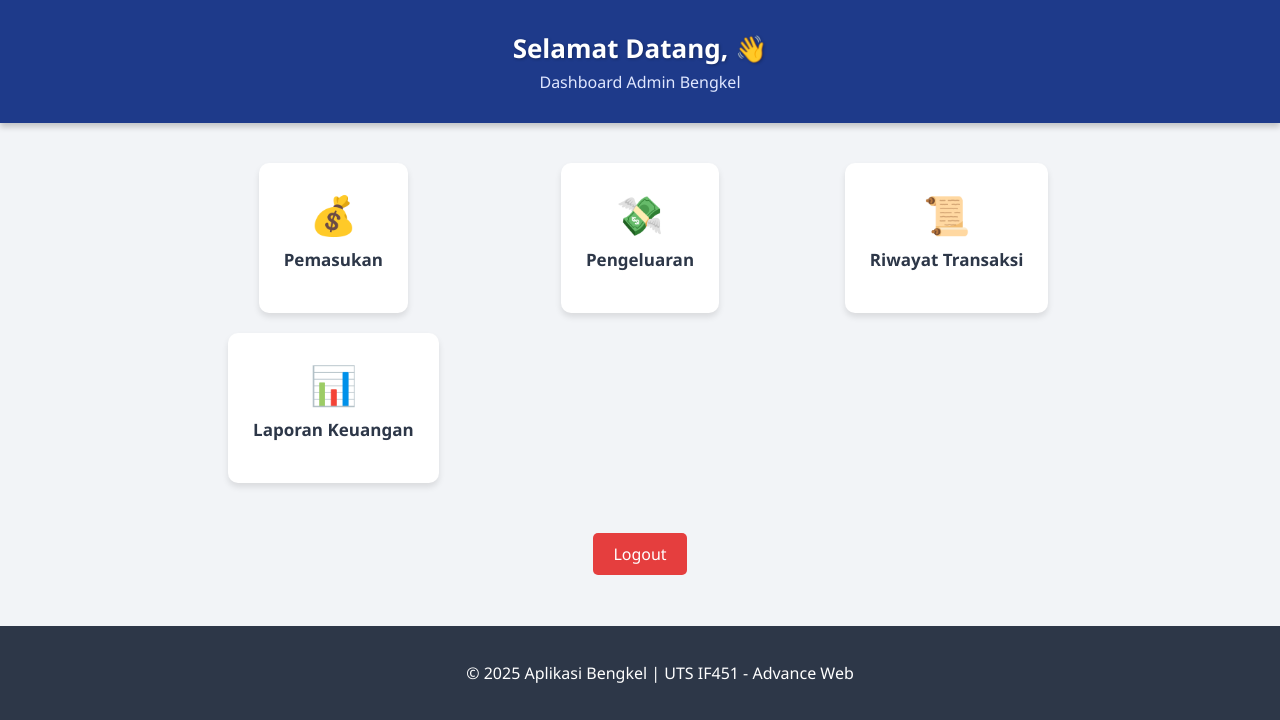
Repository: eligrahphilip/bengkel_managemen
Page: views/admin-menu.ejs
The author's editor kept a copy of each file at every save. The page is drawn from the files as they stood at one save, then again after the next save.
The browser window is 1280 px wide. The pictures show the whole page.
The page is served by the project's Node server (server.js). The template is opened directly, without the code that normally fills it, so the values that code supplies are empty.

Above is the page before, as saved 2025-10-10 19:27:28.

### views/admin-menu.ejs
<!DOCTYPE html>
<html lang="id">
<head>
  <meta charset="UTF-8">
  <meta name="viewport" content="width=device-width, initial-scale=1.0">
  <title>Menu Utama Admin</title>
  <link rel="stylesheet" href="/css/style.css">
  <style>
    body {
    font-family: "Segoe UI", Tahoma, Geneva, Verdana, sans-serif;
    background-color: #f2f4f7;
    margin: 0;
    padding: 0;
  }

  header {
    background-color: #1E3A8A; /* 🔹 biru tua */
    color: #ffffff;            /* 🔹 teks putih */
    padding: 30px 20px;
    text-align: center;
    box-shadow: 0 4px 6px rgba(0, 0, 0, 0.2);
  }

  h2 {
    margin: 0;
    font-size: 26px;
    color: #ffffff; /* pastikan teks tetap putih */
    text-shadow: 1px 1px 3px rgba(0, 0, 0, 0.3); /* 🔹 biar nggak nyatu */
  }

  header p {
    margin: 5px 0 0;
    font-size: 16px;
    color: #E0E7FF; /* 🔹 biru muda lembut */
  }


    .menu-container {
  display: grid;
  grid-template-columns: repeat(auto-fit, minmax(220px, 1fr));
  gap: 20px;
  padding: 40px;
  max-width: 900px;
  margin: 0 auto;
}

.menu-card {
  background: white;
  border-radius: 10px;
  padding: 25px;
  text-align: center;
  box-shadow: 0 4px 6px rgba(0, 0, 0, 0.1);
  transition: all 0.3s ease;
  cursor: pointer;
  text-decoration: none;
  color: #2d3748;

  /* 🔹 tambahkan batas lebar agar tidak melebar penuh */
  max-width: 220px;
  justify-self: center; /* biar card di tengah tiap kolom */
}

.menu-card:hover {
  transform: translateY(-5px);
  box-shadow: 0 8px 12px rgba(0, 0, 0, 0.15);
  background-color: #f8fafc;
}

.menu-card span {
  font-size: 38px;
  display: block;
}

.menu-card p {
  margin-top: 8px;
  font-weight: bold;
  font-size: 17px;
}


    footer {
      text-align: center;
      padding: 20px;
      background-color: #2d3748;
      color: white;
      position: fixed;
      bottom: 0;
      width: 100%;
    }

    .logout {
      text-align: center;
      margin-top: 20px;
    }

    .logout a {
      color: white;
      background: #e53e3e;
      padding: 10px 20px;
      border-radius: 5px;
      text-decoration: none;
      transition: 0.3s;
    }

    .logout a:hover {
      background: #c53030;
    }
  </style>
</head>
<body>
  <header>
    <h2>Selamat Datang, <%= user.username %> 👋</h2>
    <p>Dashboard Admin Bengkel</p>
  </header>

  <div class="menu-container">

  <a href="/admin/income" class="menu-card">
    <span>💰</span>
    <p>Pemasukan</p>
  </a>

  <a href="/admin/expense" class="menu-card">
    <span>💸</span>
    <p>Pengeluaran</p>
  </a>

  <a href="/admin/history" class="menu-card">
    <span>📜</span>
    <p>Riwayat Transaksi</p>
  </a>

  <a href="/report" class="menu-card">
    <span>📊</span>
    <p>Laporan Keuangan</p>
  </a>

</div>


  <div class="logout">
    <a href="/logout">Logout</a>
  </div>

  <footer>
    <p>© 2025 Aplikasi Bengkel | UTS IF451 - Advance Web</p>
  </footer>
</body>
</html>

### server.js
const express = require("express");
const path = require("path");
const fs = require("fs");
const bodyParser = require("body-parser");
const session = require("express-session");

const app = express();
const PORT = 3000;

// Middleware
app.use(bodyParser.urlencoded({ extended: true }));
app.use(express.static("public"));
app.use(
  session({
    secret: "bengkel-secret",
    resave: false,
    saveUninitialized: true,
  })
);

// Set EJS
app.set("view engine", "ejs");
app.set("views", path.join(__dirname, "views"));

// File data
const usersPath = path.join(__dirname, "data", "users.json");
const transPath = path.join(__dirname, "data", "transactions.json");

// === ROUTES ===

// Login
app.get("/", (req, res) => {
  res.render("login", { error: null });
});

// Proses login
app.post("/login", (req, res) => {
  const { username, password } = req.body;
  const users = JSON.parse(fs.readFileSync(usersPath));
  const user = users.find(
    (u) => u.username === username && u.password === password
  );

  if (!user) return res.render("login", { error: "Username atau password salah!" });

  req.session.user = user;
  if (user.role === "admin") return res.redirect("/admin/menu");
  else return res.redirect("/user");
});

// Logout
app.get("/logout", (req, res) => {
  req.session.destroy();
  res.redirect("/");
});

// === ADMIN ===

// Menu utama admin
app.get("/admin/menu", (req, res) => {
  if (!req.session.user || req.session.user.role !== "admin")
    return res.redirect("/");
  res.render("admin-menu", { user: req.session.user });
});

// Pencatatan Pemasukan
app.get("/admin/income", (req, res) => {
  if (!req.session.user || req.session.user.role !== "admin")
    return res.redirect("/");
  res.render("admin-income", { user: req.session.user });
});

// Pencatatan Pengeluaran
app.get("/admin/expense", (req, res) => {
  if (!req.session.user || req.session.user.role !== "admin")
    return res.redirect("/");
  res.render("admin-expense", { user: req.session.user });
});

// Tambah transaksi
app.post("/admin/add", (req, res) => {
  const { tanggal, keterangan, jumlah, jenis } = req.body;
  const transactions = JSON.parse(fs.readFileSync(transPath));

  const newTrans = {
    id: Date.now(),
    tanggal,
    keterangan,
    jumlah: parseFloat(jumlah),
    jenis, // income / expense
  };

  transactions.push(newTrans);
  fs.writeFileSync(transPath, JSON.stringify(transactions, null, 2));

  res.redirect("/admin/history");
});

// Riwayat transaksi
app.get("/admin/history", (req, res) => {
  if (!req.session.user || req.session.user.role !== "admin")
    return res.redirect("/");
  const transactions = JSON.parse(fs.readFileSync(transPath));
  res.render("admin-history", { user: req.session.user, transactions });
});

// Laporan Keuangan
app.get("/report", (req, res) => {
  if (!req.session.user || req.session.user.role !== "admin")
    return res.redirect("/");

  const transactions = JSON.parse(fs.readFileSync(transPath));

  const totalIncome = transactions
    .filter((t) => t.jenis === "income")
    .reduce((sum, t) => sum + t.jumlah, 0);

  const totalExpense = transactions
    .filter((t) => t.jenis === "expense")
    .reduce((sum, t) => sum + t.jumlah, 0);

  const saldo = totalIncome - totalExpense;

  res.render("report", {
    user: req.session.user,
    transactions,
    totalIncome,
    totalExpense,
    saldo,
  });
});

// === USER ===
app.get("/user", (req, res) => {
  if (!req.session.user || req.session.user.role !== "user")
    return res.redirect("/");
  res.render("user-catalog", { user: req.session.user });
});

app.listen(PORT, () =>
  console.log(`Server running on http://localhost:${PORT}`)
);

### public/css/style.css
body {
  font-family: Arial, sans-serif;
  margin: 20px;
  background: #f3f4f6;
}

h2, h3 {
  color: #333;
}

form, table {
  margin-top: 15px;
}

input, button {
  margin: 5px;
  padding: 6px;
}

table {
  border-collapse: collapse;
  width: 100%;
  background: white;
}

table, th, td {
  border: 1px solid #ccc;
  padding: 6px;
}

.error {
  color: red;
}

After the next save:
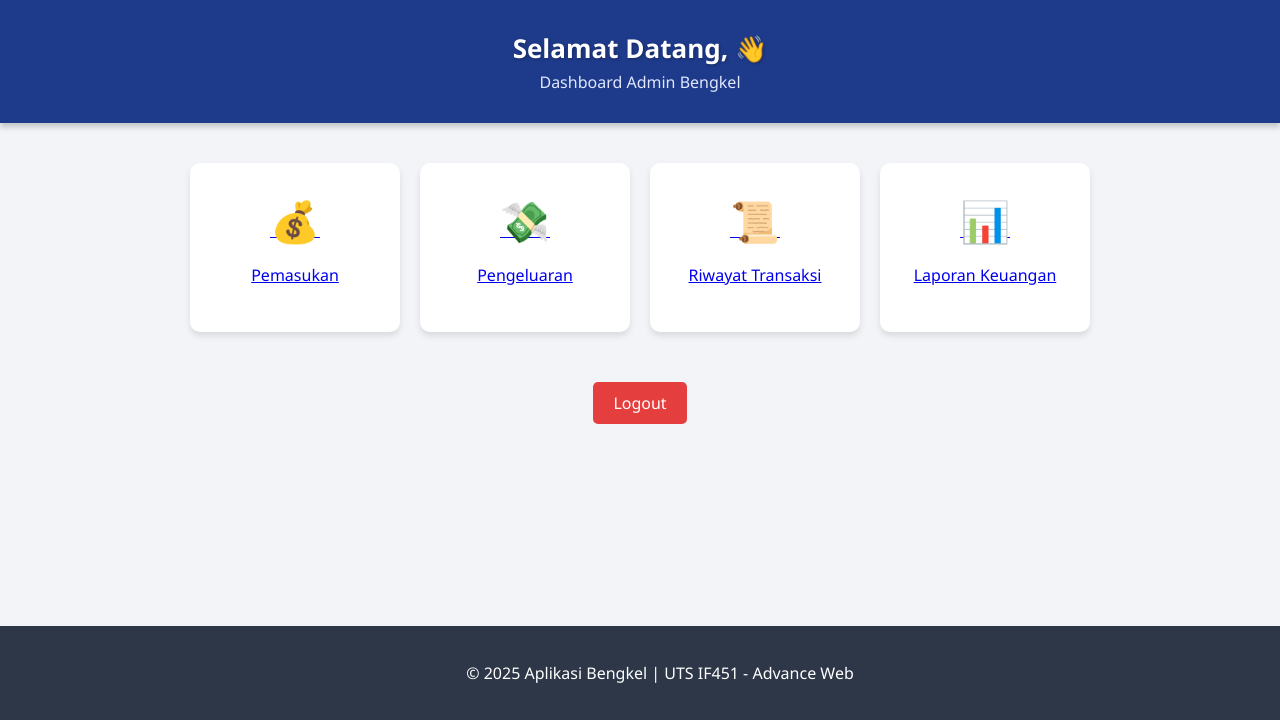
Saved 67 s later.
--- a/views/admin-menu.ejs
+++ b/views/admin-menu.ejs
@@ -36,47 +36,41 @@
 
 
     .menu-container {
-  display: grid;
-  grid-template-columns: repeat(auto-fit, minmax(220px, 1fr));
-  gap: 20px;
-  padding: 40px;
-  max-width: 900px;
-  margin: 0 auto;
-}
+      display: grid;
+      grid-template-columns: repeat(auto-fit, minmax(200px, 1fr));
+      gap: 20px;
+      padding: 40px;
+      max-width: 900px;
+      margin: 0 auto;
+    }
 
-.menu-card {
-  background: white;
-  border-radius: 10px;
-  padding: 25px;
-  text-align: center;
-  box-shadow: 0 4px 6px rgba(0, 0, 0, 0.1);
-  transition: all 0.3s ease;
-  cursor: pointer;
-  text-decoration: none;
-  color: #2d3748;
+    .menu-card {
+      background: white;
+      border-radius: 10px;
+      padding: 30px;
+      text-align: center;
+      box-shadow: 0 4px 6px rgba(0, 0, 0, 0.1);
+      transition: all 0.3s ease;
+      cursor: pointer;
+    }
 
-  /* 🔹 tambahkan batas lebar agar tidak melebar penuh */
-  max-width: 220px;
-  justify-self: center; /* biar card di tengah tiap kolom */
-}
+    .menu-card:hover {
+      transform: translateY(-5px);
+      box-shadow: 0 8px 12px rgba(0, 0, 0, 0.15);
+    }
 
-.menu-card:hover {
-  transform: translateY(-5px);
-  box-shadow: 0 8px 12px rgba(0, 0, 0, 0.15);
-  background-color: #f8fafc;
-}
+    .menu-card a {
+      display: block;
+      color: #2d3748;
+      font-weight: bold;
+      font-size: 18px;
+      text-decoration: none;
+      margin-top: 10px;
+    }
 
-.menu-card span {
-  font-size: 38px;
-  display: block;
-}
-
-.menu-card p {
-  margin-top: 8px;
-  font-weight: bold;
-  font-size: 17px;
-}
-
+    .menu-card span {
+      font-size: 40px;
+    }
 
     footer {
       text-align: center;
